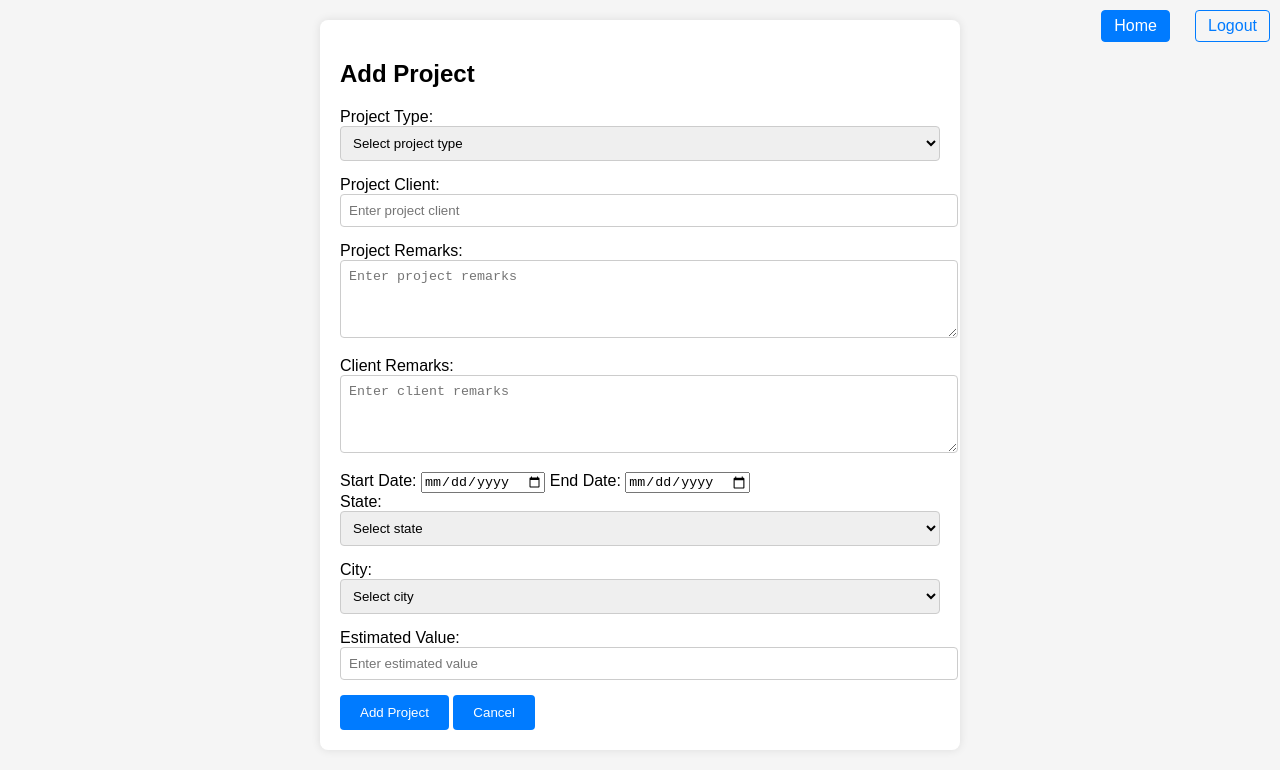
Repository: SaiKumarKota1919/zettamine-sai
Page: http://localhost/appraiser-management-system/add-project.jsp
The author's editor kept a copy of each file at every save. The page is drawn from the files as they stood at one save, then again after the next save.
The browser window is 1280 px wide. The pictures show the whole page.
The page is served by Tomcat 10.

Above is the page before, as saved 2023-12-31 11:52:40.

After the next save:
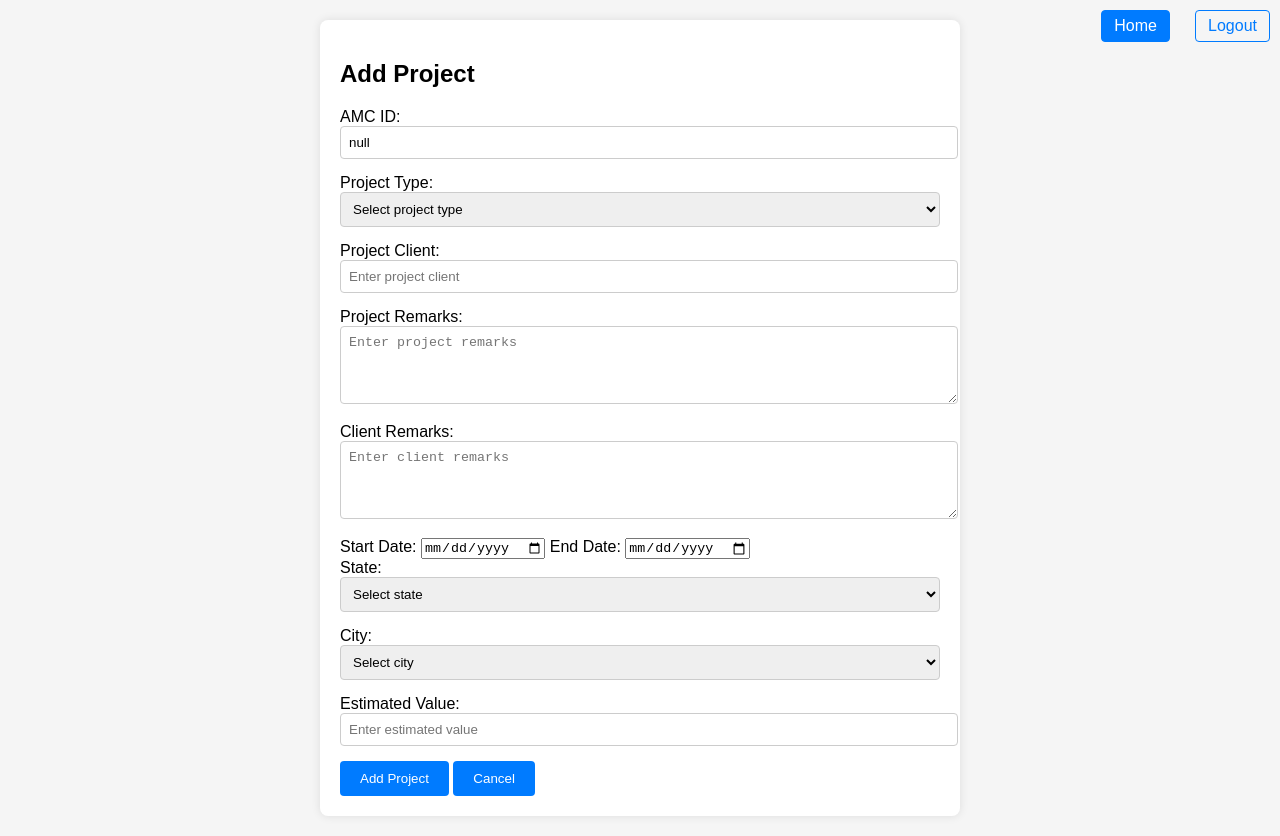
Saved 5 min 28 s later.
--- a/project-ams/appraiser-management-system/src/main/webapp/add-project.jsp
+++ b/project-ams/appraiser-management-system/src/main/webapp/add-project.jsp
@@ -12,7 +12,8 @@
 <a href="home.html" class="home-link">Home</a>
   <form id="add-project-form" action="list-amc.html">
     <h2>Add Project</h2>
-
+ 	<label for="amcId">AMC ID:</label>
+ 	<input type="text" name="amcId" value="<%=request.getAttribute("amcId")%>" readonly="readonly">
     <label for="project-type">Project Type:</label>
     <select id="project-type" name="project-type">
       <option value="" selected disabled>Select project type</option>
